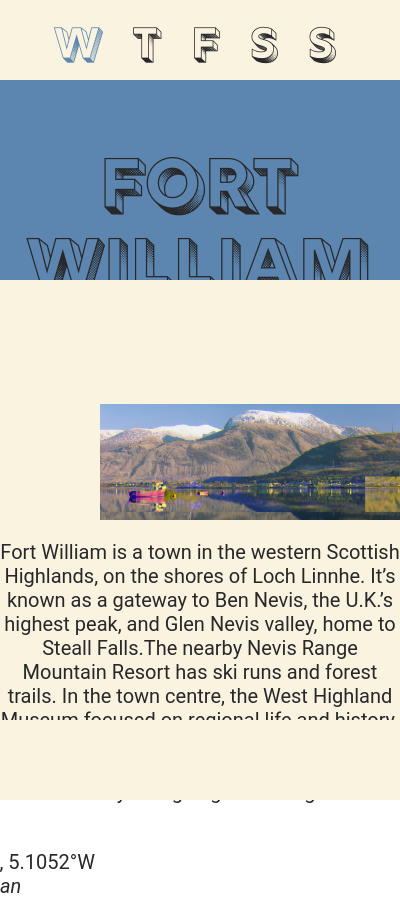
Repository: etak-yram/FINAL-CFG-WEB-DEV
Page: wednesday.html
An editor plug-in stored every save of this project. The page is shown before and after the next save, followed by the edit.
The browser window is 375 px wide. The page is 400 px wide, then 375 px, so the pictures cover 400 px, including what lies to the right of the window. The pictures show the whole page.

Above is the page before, as saved 2022-07-27 13:38:44.

After the next save:
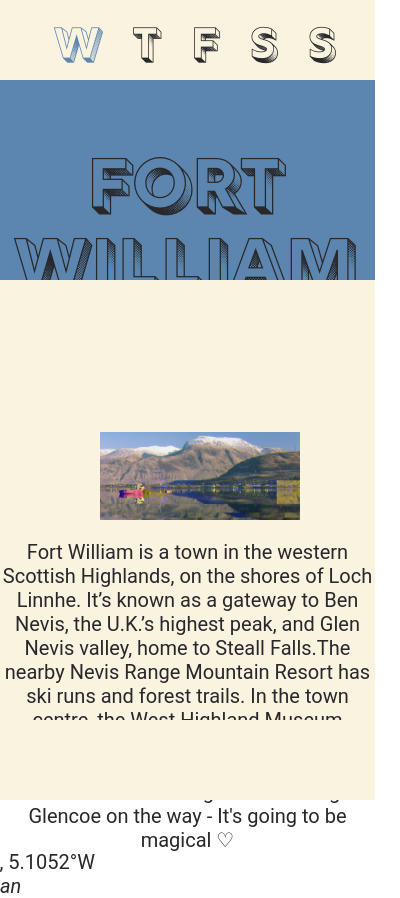
Saved 60 s later.
--- a/style-main.css
+++ b/style-main.css
@@ -269,7 +269,7 @@ main-img {
 }
 
 .home-image {
-  width: 80vw;
+  width: 200px;
 }
 
 
